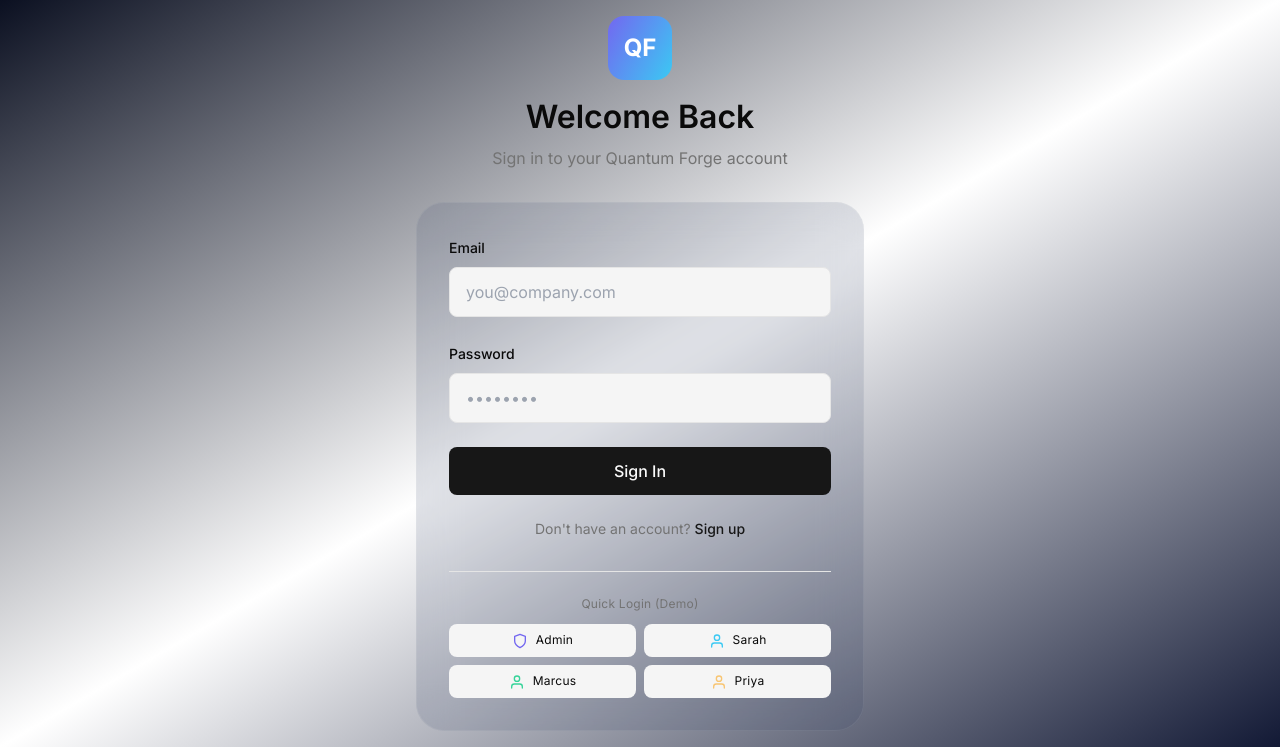
Repository: forbiddenlink/quantum-forge
Page: /login
The author's editor kept a copy of each file at every save. The page is drawn from the files as they stood at one save, then again after the next save.
The browser window is 1280 px wide. The pictures show the whole page.
The page's requests for data from a server got no answer. The project was rebuilt for these pictures with package versions that can differ from the ones it lists, and the page was loaded fresh each time. Some packages were replaced by stand-ins written for this rebuild. The framework's server and built-in components were replaced by stand-ins that run in the browser. No one was signed in, and anything a server would have sent is missing. Also part of the build but not shown: next.config.ts.

Above is the page before, as saved 2026-02-03 17:19:39.

After the next save:
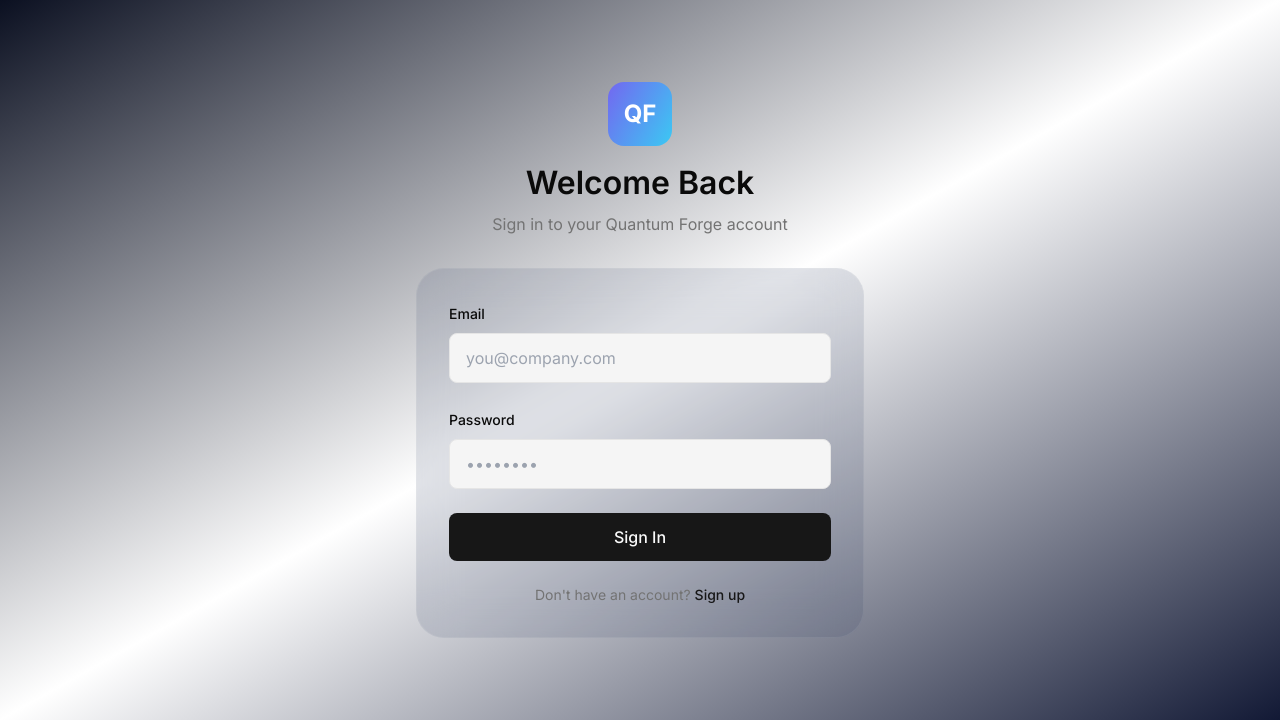
Saved 13 s later.
--- a/app/(auth)/login/page.tsx
+++ b/app/(auth)/login/page.tsx
@@ -105,56 +105,6 @@
               </Link>
             </p>
           </div>
-
-          {/* Demo Accounts */}
-          <div className="mt-8 border-t border-border pt-6">
-            <p className="caption mb-3 text-center text-muted-foreground">Quick Login (Demo)</p>
-            <div className="grid grid-cols-2 gap-2">
-              <button
-                onClick={() => quickLogin('admin@quantumforge.dev', 'admin123')}
-                disabled={isLoading}
-                className="caption animate-smooth flex items-center justify-center gap-2 rounded-lg bg-muted px-3 py-2 transition-colors hover:bg-muted/80 disabled:opacity-50"
-              >
-                <svg className="size-4 text-accent-primary" viewBox="0 0 24 24" fill="none" stroke="currentColor" strokeWidth="2" strokeLinecap="round" strokeLinejoin="round">
-                  <path d="M12 22s8-4 8-10V5l-8-3-8 3v7c0 6 8 10 8 10z" />
-                </svg>
-                Admin
-              </button>
-              <button
-                onClick={() => quickLogin('sarah.chen@quantumforge.dev', 'password123')}
-                disabled={isLoading}
-                className="caption animate-smooth flex items-center justify-center gap-2 rounded-lg bg-muted px-3 py-2 transition-colors hover:bg-muted/80 disabled:opacity-50"
-              >
-                <svg className="size-4 text-accent-secondary" viewBox="0 0 24 24" fill="none" stroke="currentColor" strokeWidth="2" strokeLinecap="round" strokeLinejoin="round">
-                  <path d="M20 21v-2a4 4 0 0 0-4-4H8a4 4 0 0 0-4 4v2" />
-                  <circle cx="12" cy="7" r="4" />
-                </svg>
-                Sarah
-              </button>
-              <button
-                onClick={() => quickLogin('marcus.rodriguez@quantumforge.dev', 'password123')}
-                disabled={isLoading}
-                className="caption animate-smooth flex items-center justify-center gap-2 rounded-lg bg-muted px-3 py-2 transition-colors hover:bg-muted/80 disabled:opacity-50"
-              >
-                <svg className="size-4 text-accent-success" viewBox="0 0 24 24" fill="none" stroke="currentColor" strokeWidth="2" strokeLinecap="round" strokeLinejoin="round">
-                  <path d="M20 21v-2a4 4 0 0 0-4-4H8a4 4 0 0 0-4 4v2" />
-                  <circle cx="12" cy="7" r="4" />
-                </svg>
-                Marcus
-              </button>
-              <button
-                onClick={() => quickLogin('priya.patel@quantumforge.dev', 'password123')}
-                disabled={isLoading}
-                className="caption animate-smooth flex items-center justify-center gap-2 rounded-lg bg-muted px-3 py-2 transition-colors hover:bg-muted/80 disabled:opacity-50"
-              >
-                <svg className="size-4 text-accent-warning" viewBox="0 0 24 24" fill="none" stroke="currentColor" strokeWidth="2" strokeLinecap="round" strokeLinejoin="round">
-                  <path d="M20 21v-2a4 4 0 0 0-4-4H8a4 4 0 0 0-4 4v2" />
-                  <circle cx="12" cy="7" r="4" />
-                </svg>
-                Priya
-              </button>
-            </div>
-          </div>
         </div>
       </div>
     </div>
